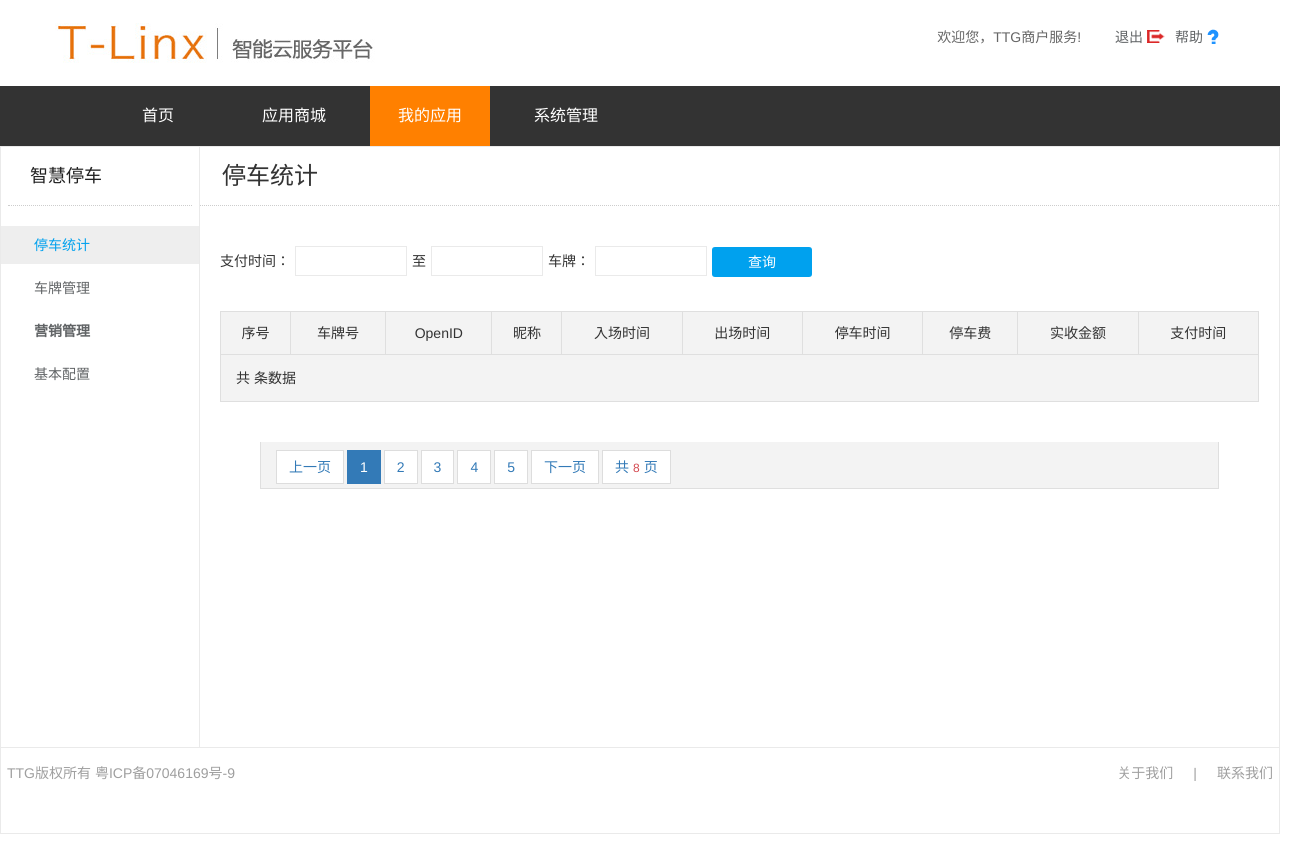
Repository: Keori/ParkCar
Page: admin/商户云/智慧停车/ParkComputed.html
These files come from the project's save history. The page is drawn as it stood at one moment and after the next save; the edit follows.
The browser window is 1280 px wide. The page is 1293 px wide, so the pictures cover 1293 px, including what lies to the right of the window. The pictures show the whole page.
The page's requests for data from a server got no answer.

Above is the page before, as saved 2018-12-24 11:59:11.

### admin/商户云/智慧停车/ParkComputed.html
<!DOCTYPE html>
<html lang="en">
<head>
    <meta charset="utf-8">
    <meta name="viewport" content="initial-scale=1.0,width=device-width" />
    <meta name="keywords" content="" />
    <meta name="description" content="" />
    <title>会员卡</title>
    <link href="../css/reset.css" type="text/css" rel="stylesheet"/>
    <link href="../css/layout.css" type="text/css" rel="stylesheet"/>
    <link href="../laydate/laydate.css" type="text/css" rel="stylesheet"/>
    <script type="text/javascript" src="../js/jquery-3.1.1.min.js"></script>
    <script type="text/javascript" src="../js/vue.js"></script>
</head>
<body>
<header class="header index_header">
    <div class="top w1170">
        <div class="logo"><i></i><img src="../images/logo.jpg" alt=""/></div>
        <div class="top_right">欢迎您，TTG商户服务! <span class="icon out_icon"><a href="">退出<code></code></a></span><span class="icon help_icon"><a href="">帮助<code></code></a></span></div>
    </div>

    <menu class="menu">
        <div class="w1170">
            <ul>
                <li><a href="">首页</a></li>
                <li><a href="">应用商城</a></li>
                <li class="on"><a href="">我的应用</a></li>
                <li><a href="">系统管理</a></li>
            </ul>
        </div>
    </menu>
</header>
<section id="content" class="content content1170">
    <aside class="left_con">
        <div class="left_con_tit borderb">智慧停车</div>

        <ul>
            <li class="on"><a href="">停车统计</a></li>
            <li><a href="ParkManage.html">车牌管理</a></li>
            <li>
                <h1><a class='pagetitle' href="javascript:;" @click='ManageType'>营销管理</a><i></i></a>
                <div class='secondary' v-show='type'>
                    <h2 :class="{active:changeGray===1}" @click='change(1)'>
                        <a class='nextselect' href="Manage.html">
                            <span class='blockText'>模板类型</span>
                        </a>
                    </h2>
                    <h2 :class="{active:changeGray===2}" @click='change(2)'>
                        <a class='nextselect' href="Manage2.html">
                            <span class='blockText'>广告类型</span>
                        </a>
                    </h2>
                </div>
            </li>
            <li><a href="Basic.html">基本配置</a></li>
        </ul>
    </aside>
    <section id="boxRight" class="boxRight">
        <div class="boxRight_tit f1 borderb">停车统计</div>
        <article class="boxRightCon">
            <div class="CommonInput viplist_formlist viplist_formlist_1">
                <ul>
                    <li>
                        <span class="name">支付时间：</span><input id='timeData' name="text" type="text" style="width:100px;" onclick="laydate()"/>
                    </li>
                    <li>
                        <span class="name">至</span><input id='timeData1' name="text" type="text" style="width:100px;" onclick="laydate()"/>
                    </li>
                    <li>
                        <span class="name">车牌：</span><input v-model='filterSearch.plateNo' name="text" type="text" style="width:100px;"/>
                    </li>
                    <li>
                        <div class="org_btn"><a @click='Search'>查询</a></div>
                    </li>
                </ul>
            </div>
            <table width="100%" cellpadding="0" cellspacing="0" border="0" class="commonTable commonTable4">
                <tr>
                    <th>序号</th>
                    <th>车牌号</th>
                    <th>OpenID</th>
                    <th>昵称</th>
                    <th>入场时间</th>
                    <th>出场时间</th>
                    <th>停车时间</th>
                    <th>停车费</th>
                    <th>实收金额</th>
                    <th>支付时间</th>
                </tr>
                <tr v-for='(item,index) in Park' v-show='index<6'>
                    <td>{{index+1}}</td>
                    <td>{{item.plateNo}}</td>
                    <td>{{item.OpenId}}</td>
                    <td>{{item.nickName}}</td>
                    <td>{{item.entryTime}}</td>
                    <td>{{item.payTime}}</td>
                    <td>{{item.elapsedTime}}</td>
                    <td>{{item.payable}}</td>
                    <td class="red">{{item.OfficialMoney}}</td>
                    <td>{{item.payTime}}</td>
                </tr>
            </table>
            <div class="bg_f3 page">共 {{pages.pageSize}} 条数据
            </div>
            <div class="bg_f3 page page-bar">
                <ul>
                    <li v-if="cur>1"><a v-on:click="cur--,pageClick()">上一页</a></li>
                    <li v-if="cur==1"><a class="banclick">上一页</a></li>
                    <li v-for="index in indexs" v-bind:class="{ 'active': cur == index}">
                    <a v-on:click="btnClick(index)">{{ index }}</a>
                    </li>
                    <li v-if="cur!=all"><a v-on:click="cur++,pageClick()">下一页</a></li>
                    <li v-if="cur == all"><a class="banclick">下一页</a></li>
                    <li><a>共<i>{{all}}</i>页</a></li>
                </ul>
            </div>
        </article>
    </section>
    <footer class="footer">
        <div class="w1000">
            <p class="footer_a fl">TTG版权所有   粤ICP备07046169号-9</p>
            <p class="footer_b fr"><a href="">关于我们</a>|<a href="">联系我们</a></p>
        </div>
    </footer>
</section>
<script  type="text/javascript">
    new Vue({
        el: '#content',
        data(){
            return{
                all: 8,
                cur: 1, //当前页码
                type: false,
                changeGray: '',
                filterSearch:{
                    plateNo: '',
                    payTimeStart: '',
                    payTimeEnd: ''
                },
                Park: [],
                pages:{},
            }
        },
        computed:{
            indexs: function(){
            var left = 1;
            var right = this.all;
            var ar = [];
            if(this.all>= 5){
            if(this.cur > 3 && this.cur < this.all-2){
                left = this.cur - 2
                right = this.cur + 2
            }else{
                if(this.cur<=3){
                left = 1
                right = 5
                }else{
                right = this.all
                left = this.all -4
                }
            }
            }
            while (left <= right){
            ar.push(left)
            left ++
            }
            return ar
    }
        },
        watch:{
            cur: function(oldValue , newValue){
    }
        },
        methods:{
            btnClick: function(data){//页码点击事件
            if(data != this.cur){
            this.cur = data
        }
        },
            pageClick: function(){
            console.log('现在在'+this.cur+'页');
        },
            Search(){
                this.filterSearch.payTimeStart = $('#timeData').val()
                this.filterSearch.payTimeEnd = $('#timeData1').val()
                let params =
                    this.filterSearch,
                    currPage = this.current,
                    pageSize = this.pageSize,
                    totalPage = this.allpage,
                    totalCount = this.showItem
                    ;
                console.log(this.filterSearch);
                $.ajax({
                url: 'http://q214e81040.iask.in:32642/merchant/car/paylist',
                type: 'get',
                data: params,
                statusCode:{
                    404:function(){
                        alert('网络错误')
                    }
                },
                success:(params) => {
                    this.Park = params.page.list
                    this.pages = params.page
                    console.log(this.pages);
                    console.log(this.Park)
                }
            })
            },
            ManageType(){
                if(this.type === false){
                    this.type = true
                }else{
                    this.type = false
                }
            },
            change(num){
                this.changeGray = num
            },
            goto(index){
                if(index == this.current) return;
                this.current = index;
            }
        },
        created(){
            this.Search()
        }
    })
</script>
</body>
<script src="../laydate/laydate.js"></script>
<script>
</script>
<style>
.page-bar{
    margin:40px;
    }
ul,li{
    margin: 0px;
    padding: 0px;
    }
li{
    list-style: none
    }
.page-bar li:first-child>a {
    margin-left: 0px
    }
.page-bar a{
    border: 1px solid #ddd;
    text-decoration: none;
    position: relative;
    float: left;
    padding: 6px 12px;
    margin-left: -1px;
    line-height: 1.42857143;
    color: #337ab7;
    cursor: pointer
    }
.page-bar a:hover{
    background-color: #eee;
    }
.page-bar a.banclick{
    cursor:not-allowed;
    }
.page-bar .active a{
    color: #fff;
    cursor: default;
    background-color: #337ab7;
    border-color: #337ab7;
    }
.page-bar i{
    font-style:normal;
    color: #d44950;
    margin: 0px 4px;
    font-size: 12px;
    }
</style>
</html>

### admin/商户云/laydate/laydate.css
/**

 @Name： laydate皮肤：默认
 @Author：贤心
 @Site：http://sentsin.com/layui/laydate

**/

.laydate-icon{border:1px solid #C6C6C6; background-image:url(icon.png)}

.laydate_body .laydate_box,
.laydate_body .laydate_ym,
.laydate_body .laydate_ym .laydate_yms,
.laydate_body .laydate_table,
.laydate_body .laydate_table td,
.laydate_body .laydate_bottom #laydate_hms,
.laydate_body .laydate_time,
.laydate_body .laydate_bottom .laydate_btn a{border:1px solid #ccc;}

.laydate_body .laydate_y .laydate_yms a,
.laydate_body .laydate_choose,
.laydate_body .laydate_table thead,
.laydate_body .laydate_bottom .laydte_hsmtex{background-color:#F6F6F6;}

.laydate_body .laydate_box,
.laydate_body .laydate_ym .laydate_yms,
.laydate_body .laydate_time{box-shadow: 2px 2px 5px rgba(0,0,0,.1);}

.laydate_body .laydate_box{border-top:none; border-bottom:none; background-color:#fff; color:#333;}
.laydate_body .laydate_box input{color:#333;}
.laydate_body .laydate_box .laydate_void{color:#ccc!important; /*text-decoration:line-through;*/}
.laydate_body .laydate_box .laydate_void:hover{background-color:#fff!important}
.laydate_body .laydate_box a, .laydate_body .laydate_box a:hover{color:#333;}
.laydate_body .laydate_box a:hover{color:#666;}
.laydate_body .laydate_click{background-color:#eee!important;}
.laydate_body .laydate_top{border-top:1px solid #C6C6C6;}
.laydate_body .laydate_ym .laydate_yms{border:1px solid #C6C6C6; background-color:#fff;}
.laydate_body .laydate_y .laydate_yms a{border-bottom:1px solid #C6C6C6;}
.laydate_body .laydate_y .laydate_yms .laydate_chdown{border-top:1px solid #C6C6C6; border-bottom:none;}
.laydate_body .laydate_choose{border-left:1px solid #C6C6C6;}
.laydate_body .laydate_chprev{border-left:none; border-right:1px solid #C6C6C6;}
.laydate_body .laydate_choose:hover,
.laydate_body .laydate_y .laydate_yms a:hover{background-color:#fff;}
.laydate_body .laydate_chtop cite{border-bottom-color:#666;}
.laydate_body .laydate_chdown cite, .laydate_body .laydate_ym label{border-top-color:#666;}
.laydate_body .laydate_chprev cite{border-right-style:solid; border-right-color:#666;}
.laydate_body .laydate_chnext cite{border-left-style:solid; border-left-color:#666;}
.laydate_body .laydate_table td{border:none;  height:21px!important; line-height:21px!important; background-color:#fff;}
.laydate_body .laydate_table .laydate_nothis{color:#999;}
.laydate_body .laydate_table thead{height:21px!important; line-height:21px!important;}
.laydate_body .laydate_table thead th{border-bottom:1px solid #ccc;}
.laydate_body .laydate_bottom{border-bottom:1px solid #C6C6C6;}
.laydate_body .laydate_bottom #laydate_hms{background-color:#fff;}
.laydate_body .laydate_time{background-color:#fff;}
.laydate_body .laydate_bottom .laydate_sj{border-right:1px solid #C6C6C6; background-color:#F6F6F6;}
.laydate_body .laydate_bottom input{background-color:#fff;}
.laydate_body .laydate_bottom .laydte_hsmtex{border-bottom:1px solid #C6C6C6;}
.laydate_body .laydate_bottom .laydate_btn{border-right:1px solid #C6C6C6;}
.laydate_body .laydate_bottom .laydate_v{color:#999}
.laydate_body .laydate_bottom .laydate_btn a{border-right:none; background-color:#F6F6F6;}
.laydate_body .laydate_bottom .laydate_btn a:hover{color:#000; background-color:#fff;}

.laydate_body .laydate_m .laydate_yms span:hover,
.laydate_body .laydate_y .laydate_yms ul li:hover,
.laydate_body .laydate_table td:hover,
.laydate_body .laydate_time .laydate_hmsno span:hover{background-color:#F3F3F3}

### admin/商户云/laydate/need/laydate.css
/**

 @Name： laydate 核心样式
 @Author：贤心
 @Site：http://sentsin.com/layui/laydate

**/

html{_background-image:url(about:blank); _background-attachment:fixed;}
.laydate_body .laydate_box, .laydate_body .laydate_box *{margin:0; padding:0;}
.laydate-icon,
.laydate-icon-default,
.laydate-icon-danlan,
.laydate-icon-dahong,
.laydate-icon-molv{height:22px; line-height:22px; padding-right:20px; border:1px solid #C6C6C6; background-repeat:no-repeat; background-position:right center;  background-color:#fff; outline:0;}
.laydate-icon-default{ background-image:url(../skins/default/icon.png)}
.laydate-icon-danlan{border:1px solid #B1D2EC; background-image:url(../skins/danlan/icon.png)}
.laydate-icon-dahong{background-image:url(../skins/dahong/icon.png)}
.laydate-icon-molv{background-image:url(../skins/molv/icon.png)}
.laydate_body .laydate_box{width:240px; font:12px '\5B8B\4F53'; z-index:99999999; *margin:-2px 0 0 -2px; *overflow:hidden; _margin:0; _position:absolute!important; background-color:#fff;}
.laydate_body .laydate_box li{list-style:none;}
.laydate_body .laydate_box .laydate_void{cursor:text!important;}
.laydate_body .laydate_box a, .laydate_body .laydate_box a:hover{text-decoration:none; blr:expression(this.onFocus=this.blur()); cursor:pointer;}
.laydate_body .laydate_box a:hover{text-decoration:none;}
.laydate_body .laydate_box cite, .laydate_body .laydate_box label{position:absolute; width:0; height:0; border-width:5px; border-style:dashed; border-color:transparent; overflow:hidden; cursor:pointer;}
.laydate_body .laydate_box .laydate_yms, .laydate_body .laydate_box .laydate_time{display:none;}
.laydate_body .laydate_box .laydate_show{display:block;}
.laydate_body .laydate_box input{outline:0; font-size:14px; background-color:#fff;}
.laydate_body .laydate_top{position:relative; height:26px; padding:5px; *width:100%; z-index:99;}
.laydate_body .laydate_ym{position:relative; float:left; height:24px; cursor:pointer;}
.laydate_body .laydate_ym input{float:left; height:24px; line-height:24px; text-align:center; border:none; cursor:pointer;}
.laydate_body .laydate_ym .laydate_yms{position:absolute; left: -1px; top: 24px; height:181px;}
.laydate_body .laydate_y{width:121px; margin-right:6px;}
.laydate_body .laydate_y input{width:64px; margin-right:15px;}
.laydate_body .laydate_y .laydate_yms{width:121px; text-align:center;}
.laydate_body .laydate_y .laydate_yms a{position:relative; display:block; height:20px;}
.laydate_body .laydate_y .laydate_yms ul{height:139px; padding:0; *overflow:hidden;}
.laydate_body .laydate_y .laydate_yms ul li{float:left; width:60px; height:20px; line-height: 20px; text-overflow: ellipsis; overflow: hidden; white-space: nowrap;}
.laydate_body .laydate_m{width:99px;}
.laydate_body .laydate_m .laydate_yms{width:99px; padding:0;}
.laydate_body .laydate_m input{width:42px; margin-right:15px;}
.laydate_body .laydate_m .laydate_yms span{display:block; float:left; width:42px; margin: 5px 0 0 5px; line-height:24px; text-align:center; _display:inline;}
.laydate_body .laydate_choose{display:block; float:left; position:relative; width:20px; height:24px;}
.laydate_body .laydate_choose cite, .laydate_body .laydate_tab cite{left:50%; top:50%;}
.laydate_body .laydate_chtop cite{margin:-7px 0 0 -5px; border-bottom-style:solid;}
.laydate_body .laydate_chdown cite, .laydate_body .laydate_ym label{top:50%; margin:-2px 0 0 -5px; border-top-style:solid;}
.laydate_body .laydate_chprev cite{margin:-5px 0 0 -7px;}
.laydate_body .laydate_chnext cite{margin:-5px 0 0 -2px;}
.laydate_body .laydate_ym label{right:28px;}
.laydate_body .laydate_table{ width:230px; margin:0 5px; border-collapse:collapse; border-spacing:0px; }
.laydate_body .laydate_table td{width:31px; height:19px; line-height:19px; text-align: center; cursor:pointer; font-size: 12px;}
.laydate_body .laydate_table thead{height:22px; line-height:22px;}
.laydate_body .laydate_table thead th{font-weight:400; font-size:12px; text-align:center;}
.laydate_body .laydate_bottom{position:relative; height:22px; line-height:20px; padding:5px; font-size:12px;}
.laydate_body .laydate_bottom #laydate_hms{position: relative; z-index: 1; float:left; }
.laydate_body .laydate_time{ position:absolute; left:5px; bottom: 26px; width:129px; height:125px; *overflow:hidden;}
.laydate_body .laydate_time .laydate_hmsno{ padding:5px 0 0 5px;}
.laydate_body .laydate_time .laydate_hmsno span{display:block; float:left; width:24px; height:19px; line-height:19px; text-align:center; cursor:pointer; *margin-bottom:-5px;}
.laydate_body .laydate_time1{width:228px; height:154px;}
.laydate_body .laydate_time1 .laydate_hmsno{padding: 6px 0 0 8px;}
.laydate_body .laydate_time1 .laydate_hmsno span{width:21px; height:20px; line-height:20px;}
.laydate_body .laydate_msg{left:49px; bottom:67px; width:141px; height:auto; overflow: hidden;}
.laydate_body .laydate_msg p{padding:5px 10px;}
.laydate_body .laydate_bottom li{float:left; height:20px; line-height:20px; border-right:none; font-weight:900;}
.laydate_body .laydate_bottom .laydate_sj{width:33px; text-align:center; font-weight:400;}
.laydate_body .laydate_bottom input{float:left; width:21px; height:20px; line-height:20px; border:none; text-align:center; cursor:pointer; font-size:12px;  font-weight:400;}
.laydate_body .laydate_bottom .laydte_hsmtex{height:20px; line-height:20px; text-align:center;}
.laydate_body .laydate_bottom .laydte_hsmtex span{position:absolute; width:20px; top:0; right:0px; cursor:pointer;}
.laydate_body .laydate_bottom .laydte_hsmtex span:hover{font-size:14px;}
.laydate_body .laydate_bottom .laydate_btn{position:absolute; right:5px; top:5px;}
.laydate_body .laydate_bottom .laydate_btn a{float:left; height:20px; padding:0 6px; _padding:0 5px;}
.laydate_body .laydate_bottom .laydate_v{position:absolute; left:10px; top:6px; font-family:Courier; z-index:0;}

### admin/商户云/laydate/skins/default/laydate.css
/**

 @Name： laydate皮肤：默认
 @Author：贤心
 @Site：http://sentsin.com/layui/laydate

**/

.laydate-icon{border:1px solid #C6C6C6; background-image:url(icon.png)}

.laydate_body .laydate_box,
.laydate_body .laydate_ym,
.laydate_body .laydate_ym .laydate_yms,
.laydate_body .laydate_table,
.laydate_body .laydate_table td,
.laydate_body .laydate_bottom #laydate_hms,
.laydate_body .laydate_time,
.laydate_body .laydate_bottom .laydate_btn a{border:1px solid #ccc;}

.laydate_body .laydate_y .laydate_yms a,
.laydate_body .laydate_choose,
.laydate_body .laydate_table thead,
.laydate_body .laydate_bottom .laydte_hsmtex{background-color:#F6F6F6;}

.laydate_body .laydate_box,
.laydate_body .laydate_ym .laydate_yms,
.laydate_body .laydate_time{box-shadow: 2px 2px 5px rgba(0,0,0,.1);}

.laydate_body .laydate_box{border-top:none; border-bottom:none; background-color:#fff; color:#333;}
.laydate_body .laydate_box input{color:#333;}
.laydate_body .laydate_box .laydate_void{color:#ccc!important; /*text-decoration:line-through;*/}
.laydate_body .laydate_box .laydate_void:hover{background-color:#fff!important}
.laydate_body .laydate_box a, .laydate_body .laydate_box a:hover{color:#333;}
.laydate_body .laydate_box a:hover{color:#666;}
.laydate_body .laydate_click{background-color:#eee!important;}
.laydate_body .laydate_top{border-top:1px solid #C6C6C6;}
.laydate_body .laydate_ym .laydate_yms{border:1px solid #C6C6C6; background-color:#fff;}
.laydate_body .laydate_y .laydate_yms a{border-bottom:1px solid #C6C6C6;}
.laydate_body .laydate_y .laydate_yms .laydate_chdown{border-top:1px solid #C6C6C6; border-bottom:none;}
.laydate_body .laydate_choose{border-left:1px solid #C6C6C6;}
.laydate_body .laydate_chprev{border-left:none; border-right:1px solid #C6C6C6;}
.laydate_body .laydate_choose:hover,
.laydate_body .laydate_y .laydate_yms a:hover{background-color:#fff;}
.laydate_body .laydate_chtop cite{border-bottom-color:#666;}
.laydate_body .laydate_chdown cite, .laydate_body .laydate_ym label{border-top-color:#666;}
.laydate_body .laydate_chprev cite{border-right-style:solid; border-right-color:#666;}
.laydate_body .laydate_chnext cite{border-left-style:solid; border-left-color:#666;}
.laydate_body .laydate_table td{border:none;  height:21px!important; line-height:21px!important; background-color:#fff;}
.laydate_body .laydate_table .laydate_nothis{color:#999;}
.laydate_body .laydate_table thead{height:21px!important; line-height:21px!important;}
.laydate_body .laydate_table thead th{border-bottom:1px solid #ccc;}
.laydate_body .laydate_bottom{border-bottom:1px solid #C6C6C6;}
.laydate_body .laydate_bottom #laydate_hms{background-color:#fff;}
.laydate_body .laydate_time{background-color:#fff;}
.laydate_body .laydate_bottom .laydate_sj{border-right:1px solid #C6C6C6; background-color:#F6F6F6;}
.laydate_body .laydate_bottom input{background-color:#fff;}
.laydate_body .laydate_bottom .laydte_hsmtex{border-bottom:1px solid #C6C6C6;}
.laydate_body .laydate_bottom .laydate_btn{border-right:1px solid #C6C6C6;}
.laydate_body .laydate_bottom .laydate_v{color:#999}
.laydate_body .laydate_bottom .laydate_btn a{border-right:none; background-color:#F6F6F6;}
.laydate_body .laydate_bottom .laydate_btn a:hover{color:#000; background-color:#fff;}

.laydate_body .laydate_m .laydate_yms span:hover,
.laydate_body .laydate_y .laydate_yms ul li:hover,
.laydate_body .laydate_table td:hover,
.laydate_body .laydate_time .laydate_hmsno span:hover{background-color:#F3F3F3}

Loaded but not shown: admin/商户云/js/jquery-3.1.1.min.js (library); admin/商户云/js/vue.js (library); admin/商户云/laydate/laydate.js (library); admin/商户云/css/layout.css (845 lines, source omitted); admin/商户云/css/reset.css (322 lines, source omitted)

After the next save:
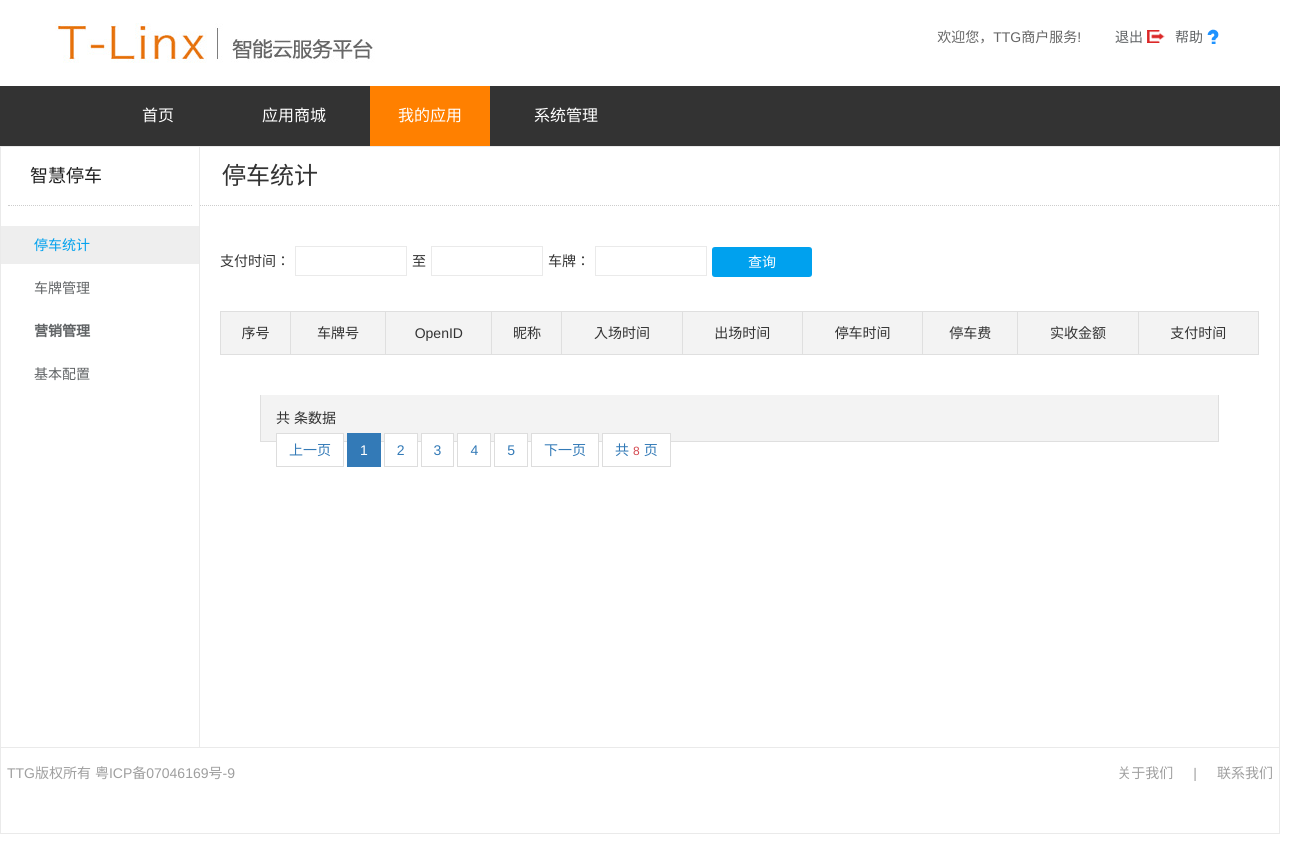
Saved 18 s later.
--- a/admin/商户云/智慧停车/ParkComputed.html
+++ b/admin/商户云/智慧停车/ParkComputed.html
@@ -100,9 +100,7 @@
                     <td>{{item.payTime}}</td>
                 </tr>
             </table>
-            <div class="bg_f3 page">共 {{pages.pageSize}} 条数据
-            </div>
-            <div class="bg_f3 page page-bar">
+            <div class="bg_f3 page page-bar">共 {{pages.pageSize}} 条数据
                 <ul>
                     <li v-if="cur>1"><a v-on:click="cur--,pageClick()">上一页</a></li>
                     <li v-if="cur==1"><a class="banclick">上一页</a></li>
